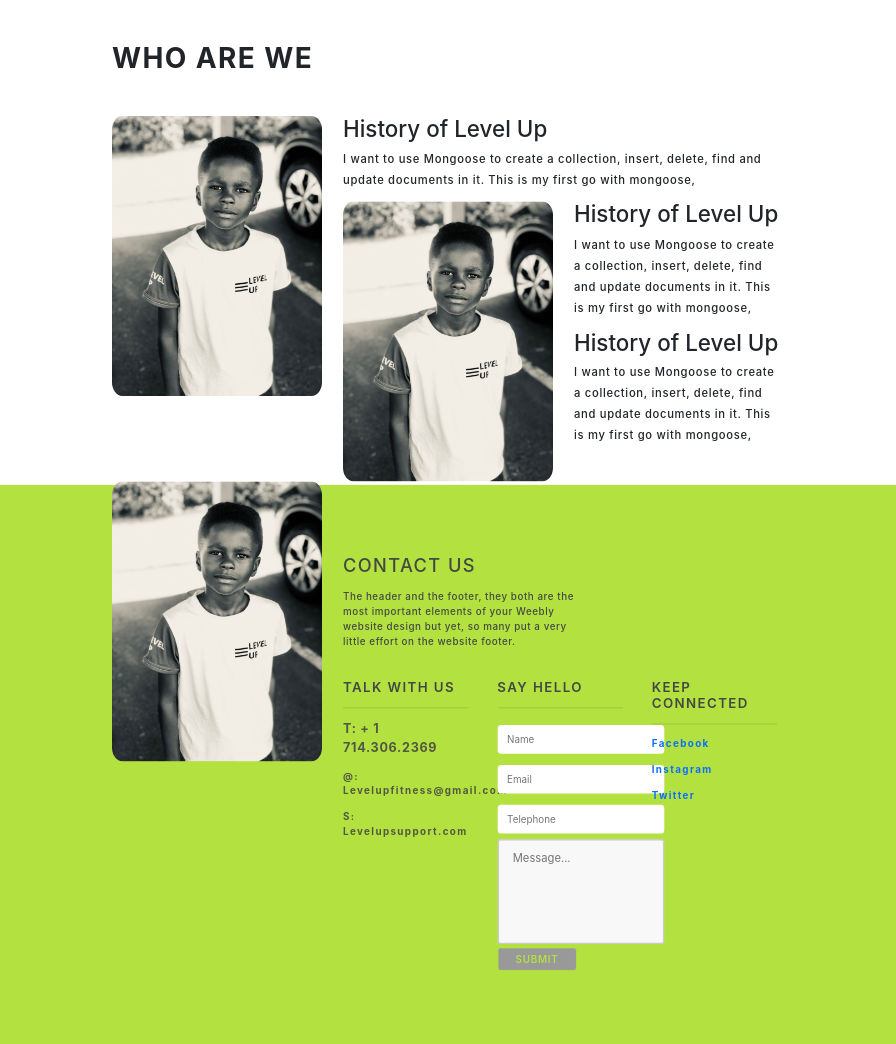
Repository: Bojurie/Level-up
Page: /about (app in client/)
An editor plug-in stored every save of this project. The page is shown before and after the next save, followed by the edit.
The browser window is 1280 px wide. The pictures show the part of the page from y = 314 to 2214 px (the page is 1806 px tall before and 5448 px after), at 70% of full size.
Some web fonts or font styles are not loaded; a fallback is used. Some web libraries are served in a nearby version. The project was rebuilt for these pictures with package versions that can differ from the ones it lists, and the page was loaded fresh each time. Also part of the build but not shown: client/src/components/Carousel.js, client/src/components/HomeVlog.css, client/src/components/HomeVlog.js, client/src/components/homeProducts.css, client/src/components/HomeProducts.js, client/src/components/Card.js, client/src/components/HomeShop.css, client/src/components/HomeShop.js and 10 more. Imported but missing from the stored project, and not drawn on this page: client/src/components/Chart.

Above is the page before, as saved 2022-11-30 06:53:24.

### client/public/index.html
<!DOCTYPE html>
<html lang="en">
  <head>
    <meta charset="utf-8" />
    <link rel="icon" href="%PUBLIC_URL%/favicon.ico" />
    <meta name="viewport" content="width=device-width, initial-scale=1" />
    <meta name="theme-color" content="#000000" />
    <meta
      name="description"
      content="Web site created using create-react-app"
    />
    <link rel="apple-touch-icon" href="%PUBLIC_URL%/logo192.png" />
    <link rel="manifest" href="%PUBLIC_URL%/manifest.json" />

    <link rel="preconnect" href="https://fonts.googleapis.com" />
    <link rel="preconnect" href="https://fonts.gstatic.com" crossorigin />
    <link
      href="https://fonts.googleapis.com/css2?family=Asap+Condensed:ital,wght@0,400;0,500;1,400&family=Chivo:wght@300;400&family=Jura:wght@300;400;500;600;700&family=Lato:ital,wght@0,400;0,700;1,400&family=Nunito+Sans:wght@400;600&family=Oswald:wght@300;500;700&family=Playball&family=Roboto:ital,wght@0,400;0,500;1,500&family=Wallpoet&display=swap"
      rel="stylesheet"
    />

    <link
      rel="stylesheet"
      href="https://cdn.jsdelivr.net/npm/bootstrap@5.1.3/dist/css/bootstrap.min.css"
      integrity="sha384-1BmE4kWBq78iYhFldvKuhfTAU6auU8tT94WrHftjDbrCEXSU1oBoqyl2QvZ6jIW3"
      crossorigin="anonymous"
    />
    <script
      src="https://kit.fontawesome.com/5ffdb52964.js"
      crossorigin="anonymous"
    ></script>
    <title>React App</title>
    <script
      src="https://kit.fontawesome.com/5ffdb52964.js"
      crossorigin="anonymous"
    ></script>
  </head>
  <body>
    <noscript>You need to enable JavaScript to run this app.</noscript>
    <div id="root"></div>
    <!--
      This HTML file is a template.
      If you open it directly in the browser, you will see an empty page.

      You can add webfonts, meta tags, or analytics to this file.
      The build step will place the bundled scripts into the <body> tag.

      To begin the development, run `npm start` or `yarn start`.
      To create a production bundle, use `npm run build` or `yarn build`.
    -->
  </body>
</html>

### client/src/App.js
import React from 'react';
// import { BrowserRouter as Router, Route, Routes } from 'react-router-dom';
import { BrowserRouter as Router, Route, Routes} from 'react-router-dom'


import Home from './pages/Home';
import About from './pages/About';
import Shop from './pages/Shop';
import Contact from './pages/Contact';
import Navbar from './components/Navbar';
import Footer from './components/Footer';
import LogIn from './pages/LogIn';
import Register from './pages/Register';
import Chart from './components/Chart';
import Vlog from './pages/Vlog';

import {DataProvider} from './components/Context'


function App() {

  return (
        <Router>
          <DataProvider>
          <Navbar />
          <Routes>
              <Route path='/' element={<Home />} />
              <Route path='/about' element={<About />} />
              <Route path='/contact' element={<Contact />} />
              <Route path='/shop' element={<Shop />} />
              <Route path='/vlog' element={<Vlog />} />
              <Route path='/login' element={<LogIn/>} />
              <Route path='/register' element={<Register />} />
              <Route path='/chart' element={<Chart/>} />
          </Routes>
          <Footer />
          </DataProvider>
        </Router>
  );
}

export default App;

### client/src/pages/About.js
import React from 'react';
import './About.css';

import DarkImage from '../images/IMG_5367.jpg'
import { FormTitle } from '../components/FormTitle';
const imgse = DarkImage;

const About = () => {

  return (
    <div className='about'>
    <FormTitle className="sign-in-form__title" />
      <div className=''>
          <div className='aboutContainer'>
            <h1> Who Are We </h1>
            <div className='aboutContent'>
              <div className='aboutParagraph'>
                <div>
                    <div className='AboutHistory'>
                        <div className='history-img'>
                            <img src={imgse} alt='img'/>
                        </div>
                        <div className='history-content'>
                          <h2>History of Level Up</h2>
                          <p>I want to use Mongoose to create a collection, insert, delete, find and update documents in it. This is my first go with mongoose,</p>
                        </div>
                    </div>
                    <div className='AboutGoal'>
                        <div className='history-img'>
                            <img src={imgse} alt='img'/>
                        </div>
                        <div className='history-content'>
                          <h2>History of Level Up</h2>
                          <p>I want to use Mongoose to create a collection, insert, delete, find and update documents in it. This is my first go with mongoose,</p>
                        </div>
                    </div>
                    <div className='Aboutproduct'>
                        <div className='history-img'>
                            <img src={imgse} alt='img'/>
                        </div>
                        <div className='history-content'>
                          <h2>History of Level Up</h2>
                          <p>I want to use Mongoose to create a collection, insert, delete, find and update documents in it. This is my first go with mongoose,</p>
                        </div>
                    </div>

                </div>



              </div>
            </div>
          </div>
      </div>
    </div>
  );
}

export default About;

### client/src/components/Navbar.js
import React from 'react';
import { Link } from 'react-router-dom';

import './Navbar.css'
import Logo from '../images/Logo.png'



const Navbar = () => {
  return (
    <nav className='navbar'>
      <div className='navbar-wrapper'>
        <Link to='/' className='logo'>
            <img src={Logo} alt='logo' />
        </Link>
        <ul className='navbar-links'>
            <Link to='/' >Home </Link>
            <Link to='/shop'> Shop</Link>
            <Link to='/Vlog'> V-Log</Link>
            <Link to='/about'> About</Link>
            <Link to='/contact'> Contact</Link>
            <Link to='/login'> Login </Link>
            <Link to='/register'>SignUp</Link>
            <Link to='/chart'><i class="fa-solid fa-cart-shopping"></i></Link>

        </ul>
      </div>

    </nav>
  );
}

export default Navbar;

### client/src/components/Footer.js
import React from 'react';
import { Link } from 'react-router-dom';
  import { FontAwesomeIcon } from '@fortawesome/react-fontawesome'
  import { instagram } from '@fortawesome/free-solid-svg-icons'

import './Footer.css';

const Footer = () => {
  return (
    <div className='footer'>
      <div className='footer-wrapper'>
        <div className='footer-header-wrapper'>
          <div className='footer-header'>
            <h1>Contact Us</h1>
          </div>
          <div className='footer-paragraph'>
            <p>The header and the footer, they both are the most important elements of your Weebly website design but yet, so many put a very little effort on the website footer.</p>
          </div>

        </div>
        <div className='footer-nav-content'>
            <div className='footer-navs-left'>
              <h3>Talk With Us</h3><hr/>
              <div className='footer-contact'>
                <div className='tel'>
                  <p>T: + 1 714.306.2369</p>
                </div>
                <div className='email'>
                  <p>@: Levelupfitness@gmail.com</p>
                </div>
                <div className='support'>
                  <p>S: Levelupsupport.com</p>
                </div>

              </div>

            </div>
            <div className='footer-navs-middle'>
                <h3>Say Hello</h3><hr/>
              <div className='footer-form'>

                  <form className='form'>
                    <input type='text' placeholder=' Name' />
                    <input type='text' placeholder=' Email' />
                    <input type='text' placeholder=' Telephone' />
                    <textarea placeholder='Message...' />
                  </form>
                  <div className='form-btn'>
                    <input type='submit' placeholder='' />
                  </div>

              </div>
            </div>
            <div className='footer-navs-right'>
              <h3>Keep Connected</h3><hr/>
              <div className='social-media'>
                <p><Link to='/'>Facebook</Link></p>
                <p><Link to='/'><FontAwesomeIcon icon="fa-brands fa-instagram" /> Instagram</Link></p>
                <p><Link to='/'>Twitter</Link></p>

              </div>

            </div>
        </div>


      </div>
    </div>
  );
}

export default Footer;

### client/src/pages/About.css


.aboutContainer h1 {
  padding: 20px 0 50px 0;
  text-transform: uppercase;
  font-weight: bold;
  letter-spacing: 2px;
}

.aboutContainer {
  padding: 40px 160px;
}

.aboutParagraph p {
  letter-spacing: 1px;
  line-height: 30px;
  font-weight: 500;
}

.aboutParagraph img {
 width: 300px;
  border-radius: 5%;
  float: left;
  margin: 0 30px 0 0;
}

/* .aboutContent {
  display: flex;
  width: 100%;
} */

### client/src/components/FormTitle.js
import React from "react";
import './FormTitle.css';

export function FormTitle(props) {
  const { className, text } = props;
  return <h1 className={`${className} form-title`}>{text}</h1>;
}

### client/src/components/Navbar.css
.logo img {
  width: 250px;
}

.navbar {
  padding-top: 0;
  display: contents;
}

.navbar-wrapper {
  display: flex;
  /* justify-content: center; */
  align-items: center;
  height: 90px;
  background: #b3e140;
  padding: 0 50px;
  justify-content: space-between;
}

.navbar-links {
  margin-bottom: 0;
}

.navbar-links a {
  font-size: 14px;
  letter-spacing: 2px;
  font-weight: 700;
  text-transform: capitalize;
  margin: 0 10px;
  color: rgb(68, 72, 67);

}

a {
  list-style: none;
  text-decoration: none;
}

### client/src/components/Footer.css
.footer {
  background-color: #b3e140;
      font-size: 14px;
    letter-spacing: 2px;
    font-weight: 700;

    color: rgb(68, 72, 67);
}
.footer-header h1 {
 font-size: 26px;
 text-transform: uppercase;
 letter-spacing: 2px;
}

.footer-navs {
  text-decoration: none;
  list-style-type: none;

}
.footer-navs li{
  padding: 10px 0;
  letter-spacing: 1px;
  text-transform: uppercase;
  font-weight: 600;

}
.footer-wrapper {
  padding: 100px 160px;
}

.footer-contact {



}
.footer-nav-content p {
 color: #424141db;
}
.footer-contact > .tel p{
    font-size: 18px;
    letter-spacing: 1px;

}
.footer-contact > .email p{
    font-size: 14px;
    /* letter-spacing: 2px; */
}
.footer-contact > .support p{
    font-size: 14px;
    letter-spacing: 2px;
}
.footer-paragraph {
  width: 70%;
  letter-spacing: .8px;
  font-weight: 500;
  padding: 10px 0;
}
.footer-wrapper h3{
 text-transform: uppercase;
 letter-spacing: 2px;
 font-size: 19px;
 font-weight: 600;

}

.footer-nav-content {
  display: flex;
  justify-content: space-between;
}



.footer-navs-left,
.footer-navs-middle,
.footer-navs-right{

  padding: 20px 10px 0 0;
  border-radius: 10px;
}

.footer-form {
  background-color: none !important;
}

/* footer Left section */
.footer-navs-left {
  width: 30%;
}

/* footer Middle section */
.footer-navs-middle {
 width: 30%;
}

.form {
  display: grid;
}
.form input {
  padding: 10px ;
  margin: 8px 0;
  border-radius: 5px;
  border: none;
}
.form input:focus {
  border: none;
}

.form textarea {
   width: 100%;
  height: 150px;
  padding: 12px 20px;
  box-sizing: border-box;
  border: 2px solid #ccc;
  border-radius: 4px;
  background-color: #f8f8f8;
  font-size: 16px;
  resize: none;
}
.form input:active {

  border: 1px solid rgb(241, 234, 234);

}
.form-btn {

}
.form-btn input {
     padding: 5px 25px;
    margin: 5px 0;
    border-radius: 4px;
    background-color: #999999;
    border: 1px solid  #b3e140;
    color: #b3e140;
    letter-spacing: 1.1px;
    font-weight: 600;
    text-transform: uppercase;
}

.footer-navs-right {
  width: 30%;
}

### client/src/components/Carousel.css
 .d-block {
   width: 100%;
   /* object-fit: cover; */
   /* object-position: 50% 50%; */
   /* background-size: contain;
   background-repeat: no-repeat; */
 }


 img {

   max-width: 100%;
   max-height: 100%;
   object-fit: cover;
   background-repeat: no-repeat;
 }

 .carousel-item img {
   width: 1000px;
   height: 500px;
 }

 .carousel-caption {
   top: 50%;
 }

 .carousel {
   object-fit: contain;
 }

### client/src/components/FormTitle.css
.form-title {
  font-size: 3rem;
  font-weight: 700;
  line-height: 2rem;
  margin: auto 0;
  color: white;
  background-image: url('https://images.unsplash.com/photo-1581397867105-8c988bd747e6?ixlib=rb-4.0.3&ixid=MnwxMjA3fDB8MHxwaG90by1wYWdlfHx8fGVufDB8fHx8&auto=format&fit=crop&w=1170&q=80') ;
    background-repeat: no-repeat;
  background-position: center;
  background-size: cover;
  padding: 7rem 0 7rem 10rem;
  letter-spacing: 5px;
  text-transform: uppercase;
  display: flex;
  justify-content: flex-start;

}
.form-title h1{


}


.shopForm-title {
 font-size: 3rem;
  font-weight: 700;
  line-height: 2rem;
  letter-spacing: 5px;
  text-transform: uppercase;
  display: flex;
  margin: auto 0;
   background-image: url('https://images.unsplash.com/photo-1581397867105-8c988bd747e6?ixlib=rb-4.0.3&ixid=MnwxMjA3fDB8MHxwaG90by1wYWdlfHx8fGVufDB8fHx8&auto=format&fit=crop&w=1170&q=80') ;
    background-repeat: no-repeat;
  background-position: center;
  background-size: cover;

  padding: 7rem 0 7rem 10rem;
  justify-content: flex-start;

}
.FormTitleLogin-title {
  font-size: 3rem;
  font-weight: 700;
  line-height: 2rem;
  padding: 6rem 0;
  letter-spacing: 5px;
  text-transform: uppercase;
  display: flex;
  justify-content: center;
  margin: auto 0;
   background-image: url('https://images.unsplash.com/photo-1609770231080-e321deccc34c?ixlib=rb-4.0.3&ixid=MnwxMjA3fDB8MHxwaG90by1wYWdlfHx8fGVufDB8fHx8&auto=format&fit=crop&w=765&q=80') ;
    background-repeat: no-repeat;
  background-position: center;
  background-size: cover;

}
.ContactForm-title {
 /* font-size: 3rem;
  font-weight: 700;
  line-height: 2rem;
  text-transform: uppercase; */
  display: flex;
  margin: auto 0;
   background-image: url('https://images.unsplash.com/photo-1587560699334-bea93391dcef?ixlib=rb-4.0.3&ixid=MnwxMjA3fDB8MHxwaG90by1wYWdlfHx8fGVufDB8fHx8&auto=format&fit=crop&w=1170&q=80') ;
    background-repeat: no-repeat;

 padding: 7rem 0 7rem 10rem;
  letter-spacing: 5px;
  justify-content: flex-start;

}
.RegisterForm-title {
  font-size: 3rem;
  font-weight: 700;
  line-height: 2rem;
  padding: 6rem 0;
  letter-spacing: 5px;
  text-transform: uppercase;
  display: flex;
  justify-content: center;
  margin: auto 0;
   background-image: url('https://images.unsplash.com/photo-1563906267088-b029e7101114?ixlib=rb-4.0.3&ixid=MnwxMjA3fDB8MHxwaG90by1wYWdlfHx8fGVufDB8fHx8&auto=format&fit=crop&w=1170&q=80') ;
    background-repeat: no-repeat;
  /* background-position: bottom; */
  /* background-size: cover; */
    /* background-attachment: */


}
.VlogForm_title h1{


}
.VlogForm_title {
  /* font-size: 3rem;
  font-weight: 700;
  line-height: 2rem; */
  padding: 7rem 0 7rem 10rem;
  letter-spacing: 5px;
  text-transform: uppercase;
  display: flex;
  justify-content: flex-start;
  margin: auto 0;
   background-image: url('https://images.unsplash.com/photo-1440778303588-435521a205bc?ixlib=rb-4.0.3&ixid=MnwxMjA3fDB8MHxwaG90by1wYWdlfHx8fGVufDB8fHx8&auto=format&fit=crop&w=1470&q=80') ;
    background-repeat: no-repeat;
  background-position: center;
  background-size: cover;

}

@media screen and (max-width: 414px) {
  .form-title {
    padding: 4rem 1rem;

  }

}

### client/src/components/auth/LoginForm.css
.loginForm-wrapper {
  text-align: center;
    justify-content: center;
    width: 600px;
    margin: auto;
    padding: 90px 0;

}
.login-header {
  text-transform: uppercase;
  letter-spacing: 2px;
  font-weight: 600;
}


form {
  display: grid;
}

.loginForm-header {
  font-size: 20px;
}

.loging
form input {
  margin: 5px 0;
  padding: 10px;
  border-radius: 10px;
  border: 1px solid white;
  background-color: rgba(243, 247, 255, 0.715) !important;
}
form input:focus{
  border: 2px solid green;
}
form > .loginBtn > input{
  padding: 8px;
  width: 100%;
  background-color:#999999!important;
  color: #ccf368;
  font-weight: 700;
  border: none;
  margin:5px 0 ;
  font-size: 20px;
  letter-spacing: 3px;
}

### client/src/components/auth/registerForm.css

.registerForm-wrapper {
  text-align: center;
    justify-content: center;
    width: 600px;
    margin: auto;
    padding: 90px 0;

}
.login-header {
  text-transform: uppercase;
  letter-spacing: 2px;
  font-weight: 600;
}


form {
  display: grid;
}

.loginForm-header {
  font-size: 20px;
}

.register
form input {
  margin: 5px 0;
  padding: 10px;
  border-radius: 10px;
  border: 1px solid white;

}
form input:focus{
  border: 2px solid green;
}
form > .loginBtn > input{
  padding: 8px;
  width: 100%;
  background-color: #b3e140 !;
  border: none;
  margin:5px 0 ;
}

Loaded but not shown: client/src/index.js (common file); client/src/index.css (common file); client/src/components/Context.js (77 lines, source omitted)

After the next save:
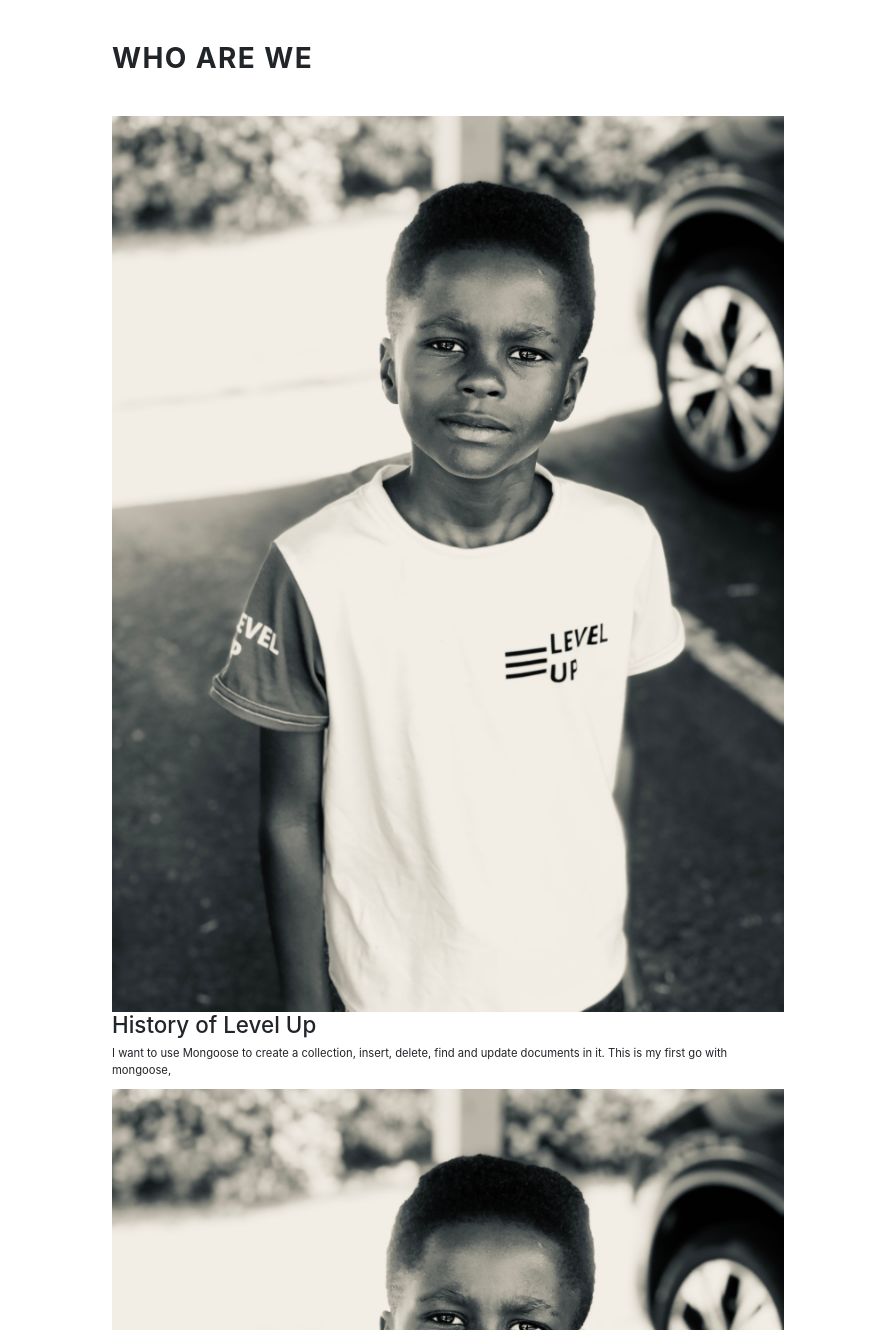
Saved 2 min 36 s later.
--- a/client/src/pages/About.js
+++ b/client/src/pages/About.js
@@ -13,9 +13,9 @@
       <div className=''>
           <div className='aboutContainer'>
             <h1> Who Are We </h1>
-            <div className='aboutContent'>
-              <div className='aboutParagraph'>
-                <div>
+            <div className='aboutContent-container'>
+              <div className='AboutContent-wrapper'>
+                <div className='AboutContent'>
                     <div className='AboutHistory'>
                         <div className='history-img'>
                             <img src={imgse} alt='img'/>

After the save that followed:
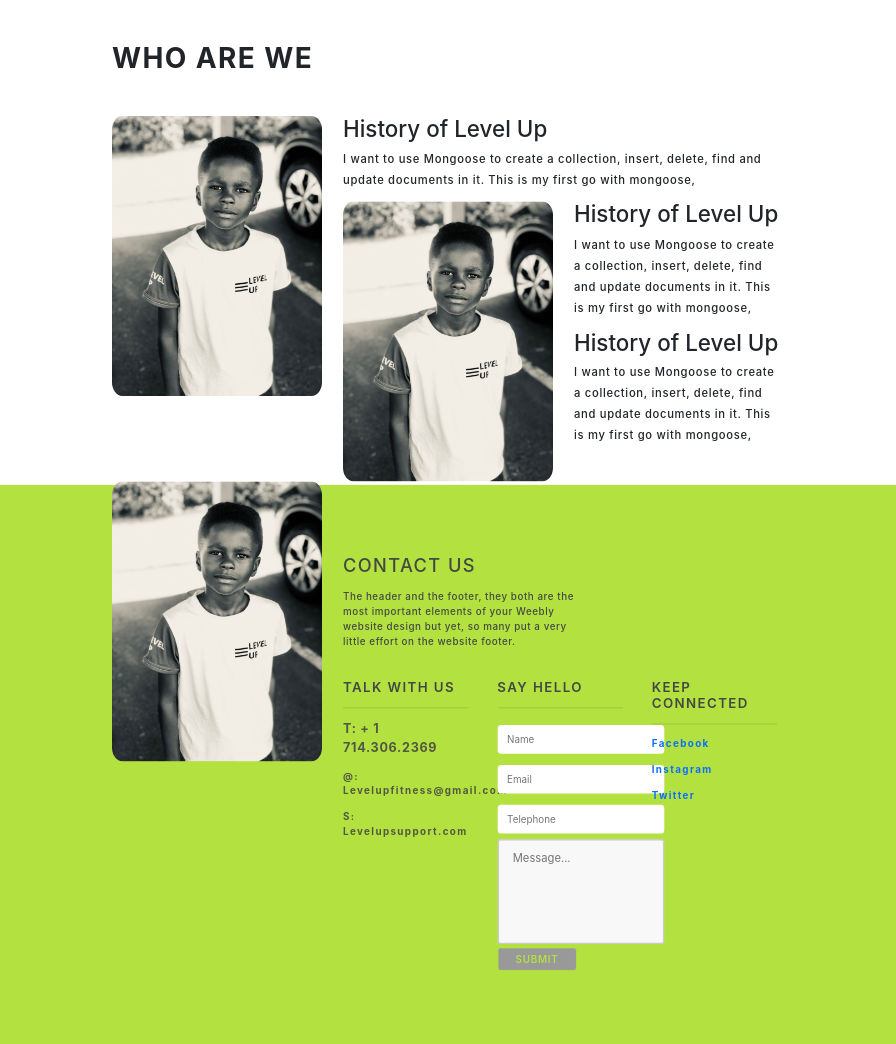
Saved 31 s later.
--- a/client/src/pages/About.js
+++ b/client/src/pages/About.js
@@ -13,9 +13,9 @@
       <div className=''>
           <div className='aboutContainer'>
             <h1> Who Are We </h1>
-            <div className='aboutContent-container'>
-              <div className='AboutContent-wrapper'>
-                <div className='AboutContent'>
+            <div className='aboutContent'>
+              <div className='aboutParagraph'>
+                <div className=''>
                     <div className='AboutHistory'>
                         <div className='history-img'>
                             <img src={imgse} alt='img'/>
